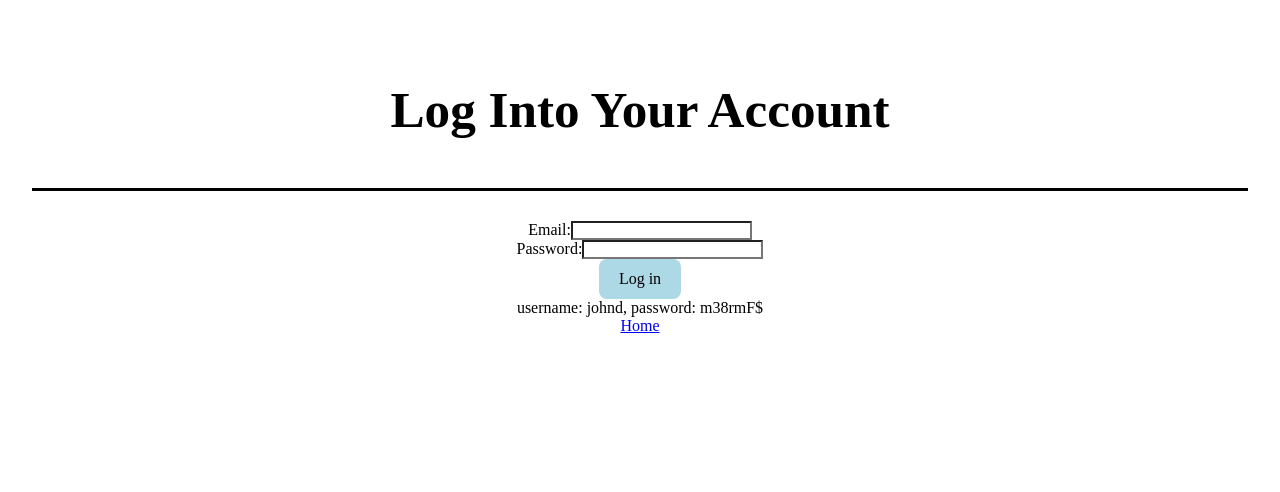
Repository: Andres513/CapStone
Page: /login
The author's editor kept a copy of each file at every save. The page is drawn from the files as they stood at one save, then again after a run of saves.
The browser window is 1280 px wide. The pictures show the whole page.
The project was rebuilt for these pictures with package versions that can differ from the ones it lists, and the page was loaded fresh each time. Also part of the build but not shown: vite.config.js, src/components/Categories.jsx, src/components/Cart.jsx, src/components/FetchProducts.jsx, src/components/SingleProduct.jsx, src/components/ProductsByCategory.jsx, src/components/LoggedOut.jsx, src/components/Checkout.jsx.

Above is the page before, as saved 2024-04-11 12:44:18.

### index.html
<!doctype html>
<html lang="en">
  <head>
    <meta charset="UTF-8" />
    <link rel="icon" type="image/svg+xml" href="/vite.svg" />
    <meta name="viewport" content="width=device-width, initial-scale=1.0" />
    <title>Fake Store!</title>
  </head>
  <body>
    <div id="root"></div>
    <script type="module" src="/src/main.jsx"></script>
  </body>
</html>

### src/App.jsx
import { useState } from 'react'
import FetchProducts from './components/FetchProducts'
import './App.css'
import { Routes, Route } from 'react-router-dom'
import Login from './components/Login'
import SingleProduct from './components/SingleProduct'
import ProductsByCategories from './components/ProductsByCategory'
import Cart from './components/Cart'
import { CartProvider } from './components/CartContext'
import LogOut from './components/LoggedOut'
import Checkout from './components/Checkout'

function App() {
  const [token, setToken] = useState(null)
  const [products, setProducts] = useState([])
  const [price, setPrice] = useState('')
  const [email, setEmail] = useState('')
  const [password, setPassword] = useState('')
  const [isLoggedIn, setIsLoggedIn] = useState(false)
  const [loggedOut, setLoggedOut] = useState(false)

  const handleSetToken = (newToken) => {
    setToken(newToken)
    setIsLoggedIn(true)
  }
  const handleSetProducts = (newProducts) => {
    setProducts(newProducts)
  }
  const handleSetPrice = (newPrice) => {
    setPrice(newPrice)
  }
  const handleLogout = () => {
    setToken(null)
    setIsLoggedIn(false)
    setLoggedOut(true)
  }
  return (

    <CartProvider isLoggedIn={isLoggedIn}>
      <>
        <Routes>
          <Route path="/login" element={<Login token={token} setToken={handleSetToken} email={email} setEmail={setEmail} password={password} setPassword={setPassword} isLoggedIn={isLoggedIn} setIsLoggedIn={setIsLoggedIn} handleLogout={handleLogout} />} />
          <Route path="/" element={<FetchProducts token={token} setToken={handleSetToken} products={products} setProducts={handleSetProducts} price={price} setPrice={handleSetPrice} isLoggedIn={isLoggedIn} handleLogout={handleLogout} loggedOut={loggedOut} setLoggedOut={setLoggedOut} />} />
          <Route path="/products/:id" element={<SingleProduct token={token} isLoggedIn={isLoggedIn} />} />
          <Route path="/category/:category" element={<ProductsByCategories products={products} setProduct={handleSetProducts} />} />
          <Route path="/cart" element={<Cart isLoggedIn={isLoggedIn} />} />
          <Route path="/logout" element={<LogOut />} />
          <Route path="/checkout" element={<Checkout/>}/>
        </Routes>
      </>
    </CartProvider>
  )
}

export default App

### src/index.css

* {
  margin: 0;
  padding: 0;
  box-sizing: border-box;
}
h1 {
  font-size: 3.2em;
  line-height: 1.1;
  padding-top: 50px;
  padding-bottom: 50px;
  border-bottom: 3px solid black;
}
input {
  background-color: white;
}
img {
  width: 70%;
  height: 70%;
}
.single-product > img {
  height: 60%;
  width: 60%;
  padding-top: 50px;
  padding-bottom: 50px;
}
.items-container {
  display: grid;
  grid-template-columns: repeat(auto-fill, minmax(330px, 1fr));
  grid-gap: 75px;
  padding-top: 50px;
}
.item {
  background-color: aliceblue;
  box-shadow: 5px 5px lightblue;
  transition: all .2s ease-in-out;
}
.item:hover {
  transform: scale(1.1);
}
.category-buttons {
  padding-bottom: 50px;
}
.category-container {
  display: grid;
  grid-template-columns: repeat(auto-fill, minmax(330px, 1fr));
  grid-gap: 100px;
  padding-top: 50px;

}
.category-item {
  transition: all .2s ease-in-out;
  background-color: aliceblue;
  box-shadow: 5px 5px lightblue;
}
.category-item:hover {
  transform: scale(1.1);
}
button {
  border-radius: 8px;
  border: 1px solid transparent;
  padding: 0.6em 1.2em;
  margin-top: 0px;
  font-size: 1em;
  font-weight: 500;
  font-family: inherit;
  background-color: lightblue;
  cursor: pointer;
  transition: border-color 0.25s;
  transition: all .2s ease-in-out;
}
button:hover {
  transform: scale(1.1);
}
.navbar {
  float: right
}
.login-entry{
  margin-top: 30px;
}

### src/components/Login.jsx
import { useState, useEffect, useRef } from "react"
import { Link } from "react-router-dom"

export default function Login({ token, setToken, setIsLoggedIn, isLoggedIn }) {


    const [username, setUsername] = useState('')
    const [password, setPassword] = useState('')
    const [error, setError] = useState(null)
    const [successMessage, setSuccessMessage] = useState('')
    const usernameInputRef = useRef(null);
    const passwordInputRef = useRef(null);

    async function loginUser(event) {
        event.preventDefault()
        try {
            const response = await fetch('https://fakestoreapi.com/auth/login', {
                method: 'POST',
                headers: {
                    'Content-Type': 'application/json',
                },
                body: JSON.stringify({
                    username: username,
                    password: password
                })
            })
            const result = await response.json()

            console.log(result)
            setToken(result.token)
            setSuccessMessage('You are now logged in!')
            setUsername("");
            setPassword("");
            usernameInputRef.current.value = "";
            passwordInputRef.current.value = "";

        } catch (error) {
            setError("Must log in with valid username and password!")
        }
    }
    const handleLogout = () => {
        setToken(null)
        setIsLoggedIn(false)
    }

    console.log(isLoggedIn)
    return (
        <>
            {isLoggedIn ? (
                <>
                    <h1>{successMessage}</h1>
                    <button onClick={() => handleLogout()}>Log Out</button><br />
                </>
            ) : (
                <form className="login" onSubmit={loginUser}>
                    <h1>Log Into Your Account</h1>
                    <div className="login-entry">
                    <label>Email:
                        <input type="username" value={username} onChange={(e) => setUsername(e.target.value)} required ref={usernameInputRef} />
                    </label><br />
                    <label>Password:
                        <input type="password" value={password} onChange={(e) => setPassword(e.target.value)} required ref={passwordInputRef} />
                    </label><br />
                    </div>
                    <button>Log in</button><br />
                    <p>username: johnd, password: m38rmF$</p>
                    {error && <h2>{error}</h2>}
                </form>
            )}
            <Link to="/" token={token}>Home</Link>
        </>
    )
}

### src/components/CartContext.jsx


import { createContext, useContext, useState, useEffect } from "react";

const CartContext = createContext()

export const useCart = () => useContext(CartContext)

export const CartProvider = ({ children }) => {
    const [cart, setCart] = useState(() => {
        const storedCart = localStorage.getItem('cart');
        return storedCart ? JSON.parse(storedCart) : [];
    });

    useEffect(() => {
        localStorage.setItem('cart', JSON.stringify(cart));
    }, [cart]);

    return (
        <CartContext.Provider value={{ cart, setCart }}>
            {children}
        </CartContext.Provider>
    )
}

Loaded but not shown: src/main.jsx (common file); src/App.css (common file)

After the next 2 saves:
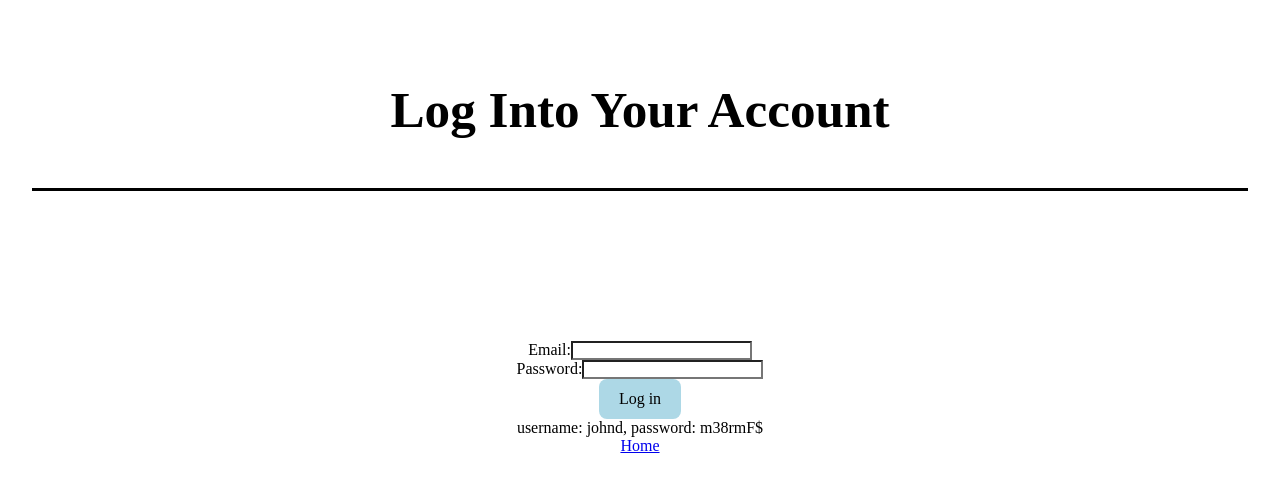
The 2 saves are shown as one change because they came seconds apart.
The last was saved 11 s later.
--- a/src/index.css
+++ b/src/index.css
@@ -76,5 +76,5 @@ button:hover {
   float: right
 }
 .login-entry{
-  margin-top: 30px;
+  margin-top: 150px;
 }
